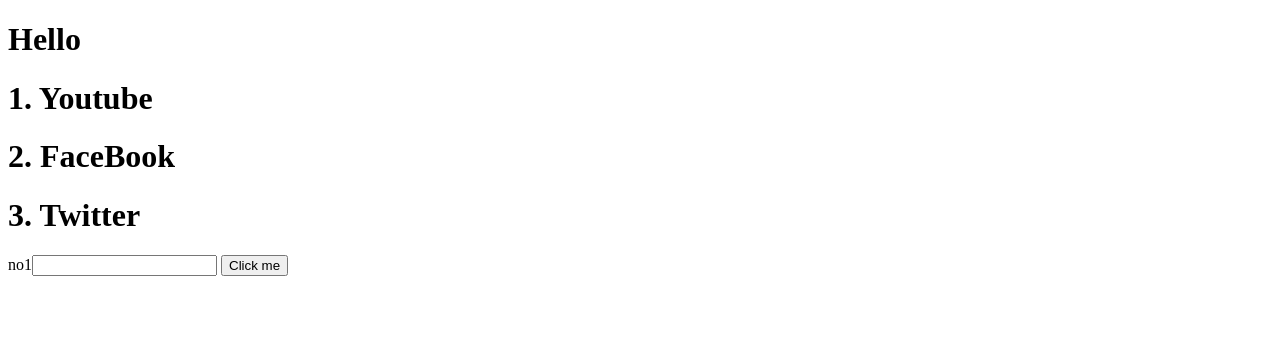
Repository: Strangeryoga/JSHS
Page: J2EE/P1/src/main/webapp/ok.html
An editor plug-in stored every save of this project. The page is shown before and after the next save, followed by the edit.
The browser window is 1280 px wide. The pictures show the whole page.

Above is the page before, as saved 2023-05-22 18:15:59.

After the next save:
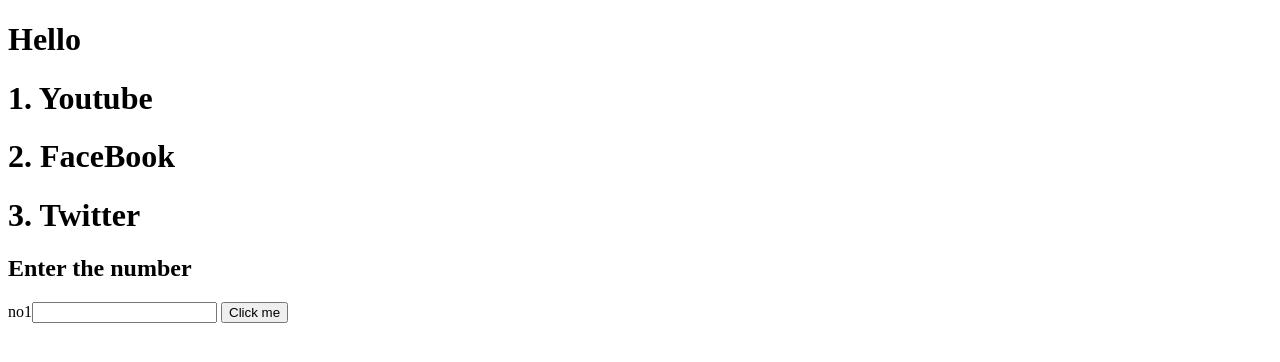
Saved 45 s later.
--- a/J2EE/P1/src/main/webapp/ok.html
+++ b/J2EE/P1/src/main/webapp/ok.html
@@ -11,6 +11,7 @@
 <h1>1. Youtube</h1>
 <h1>2. FaceBook</h1>
 <h1>3. Twitter</h1>
+<h2>Enter the number</h2>
 no1<input type="text" name="num1">
 <button>Click me</button>
 </form>
